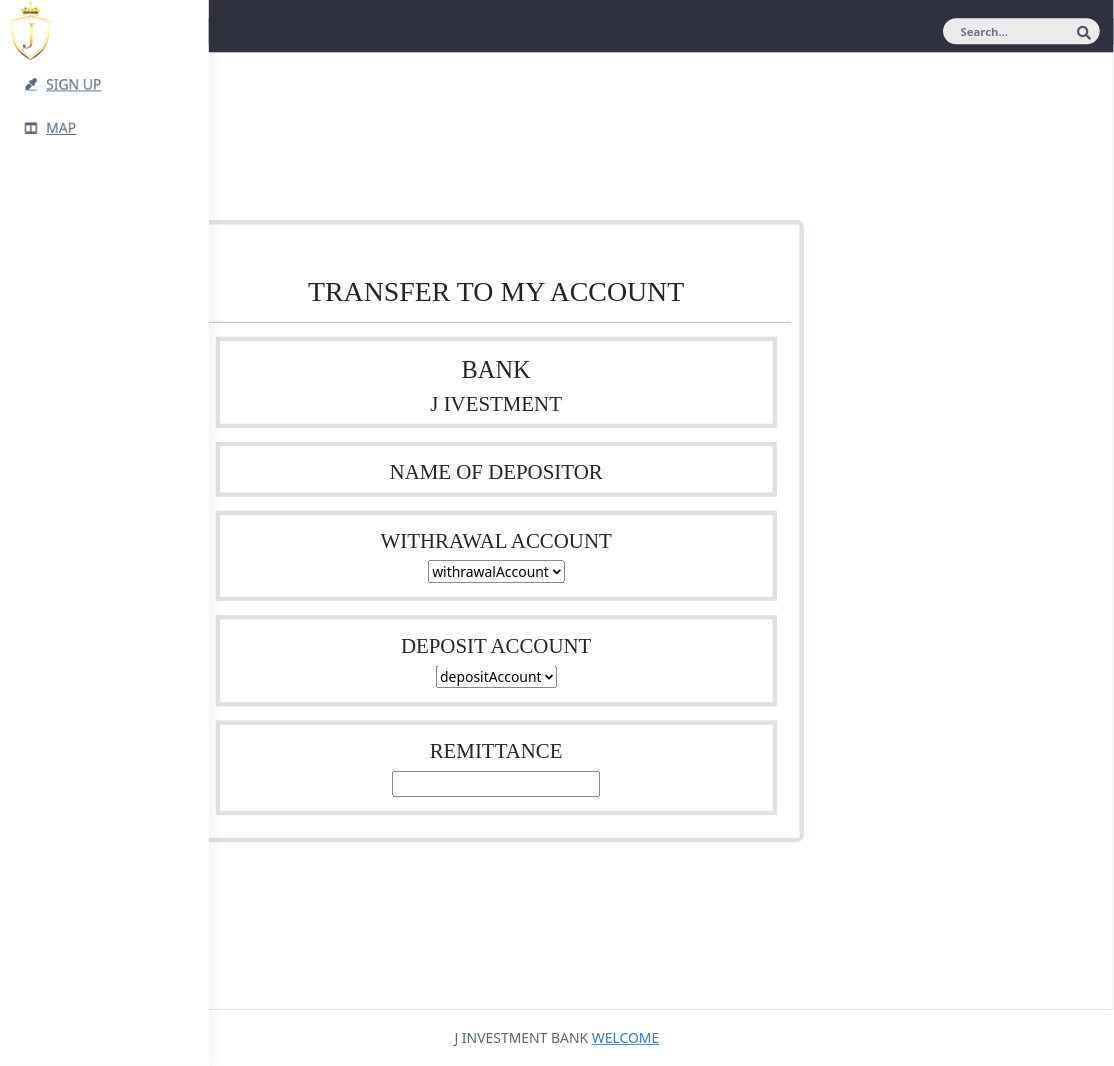
Repository: chopilyeon/HanaOpenBanking
Page: http://localhost/OpenBanking/jsp/bank/transferToOtherBank.jsp
An editor plug-in stored every save of this project. The page is shown before and after the next save, followed by the edit.
The browser window is 1280 px wide. The pictures show the whole page, at 87% of full size.
Some web fonts or font styles are not loaded; a fallback is used. The page is served by Tomcat 9.

Above is the page before, as saved 2022-07-17 09:44:34.
Console error: TypeError: Cannot read properties of null (reading 'querySelector')

After the next save:
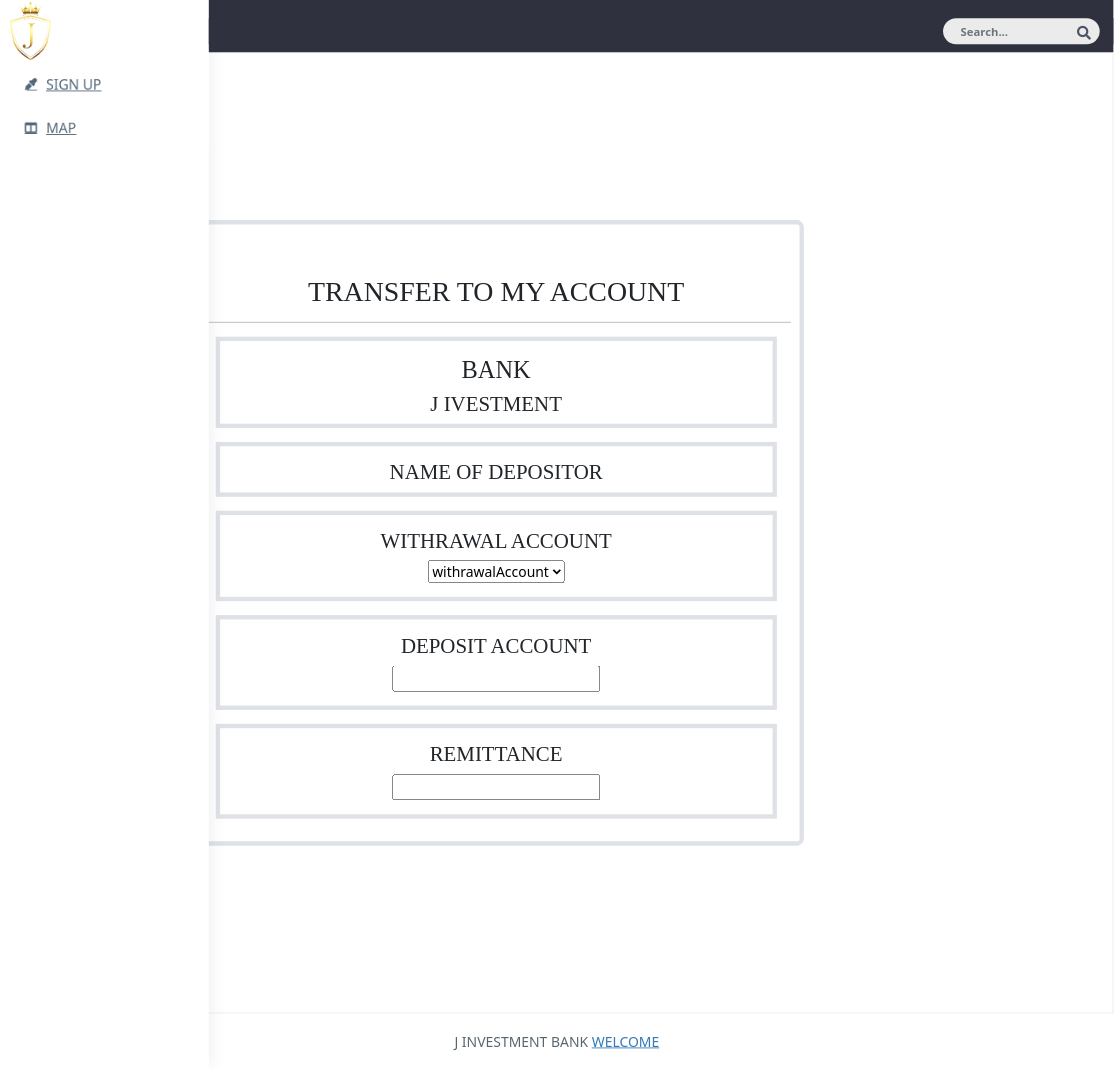
Saved 88 s later.
--- a/OpenBanking/src/main/webapp/jsp/bank/transferToOtherBank.jsp
+++ b/OpenBanking/src/main/webapp/jsp/bank/transferToOtherBank.jsp
@@ -77,12 +77,7 @@
 						</div>
 						<div class="box-text m-3 border">
 						<h4 class="mt-3">DEPOSIT ACCOUNT</h4>
-							<select name="depositAccount" class="mb-3">
-								<option value="none">depositAccount</option>
-								<c:forEach items="${ bankList}" var="bankList">
-									<option value="${bankList.accountNumber}">${bankList.accountNumber}</option>
-								</c:forEach>
-							</select>
+							<input type="text" name="depositAccount" class="mb-3" >
 						</div>
 						<div class="box-text m-3 border">
 						<h4 class="mt-3">REMITTANCE</h4>
